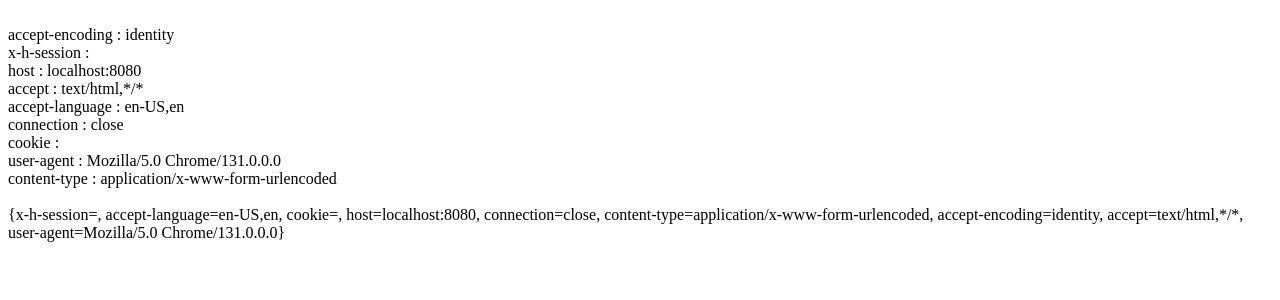
Repository: 1ilsang/17_study_compilation
Page: http://localhost/edu/example21.jsp
An editor plug-in stored every save of this project. The page is shown before and after the next save, followed by the edit.
The browser window is 1280 px wide. The pictures show the whole page.
The page is served by Tomcat 9. Other server files are loaded and not shown.

Above is the page before, as saved 2017-05-26 12:26:15.

### FirstServlet/edu/WebContent/example21.jsp
<%@page import="java.util.Enumeration"%>
<%@ page language="java" contentType="text/html; charset=UTF-8"
    pageEncoding="UTF-8"%>
<!DOCTYPE html PUBLIC "-//W3C//DTD HTML 4.01 Transitional//EN" "http://www.w3.org/TR/html4/loose.dtd">
<html>
<head>
<meta http-equiv="Content-Type" content="text/html; charset=UTF-8">
<title>Insert title here</title>
</head>
<body>
	<%
		Enumeration<String> list = request.getHeaderNames();
		while(list.hasMoreElements()){
			String key = list.nextElement();
			out.print("<br>" + key + " : " + request.getHeader(key));
		}
	%>
	<br><br>
	${header }
</body>
</html>

After the next save:
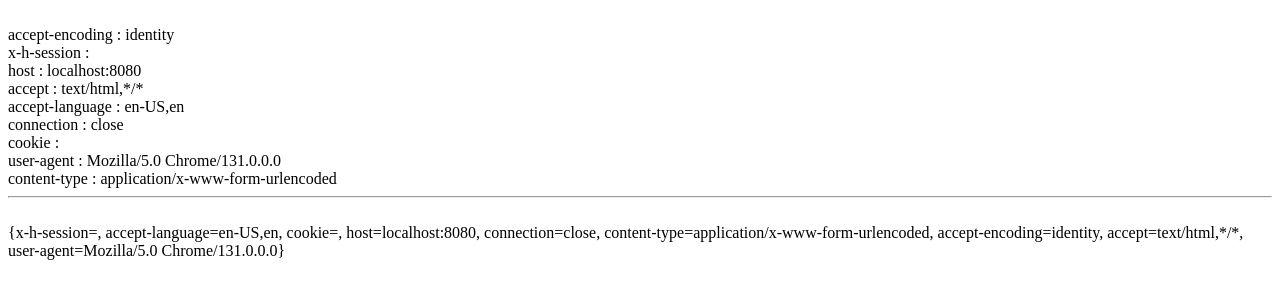
Saved 65 s later.
--- a/FirstServlet/edu/WebContent/example21.jsp
+++ b/FirstServlet/edu/WebContent/example21.jsp
@@ -15,7 +15,7 @@
 			out.print("<br>" + key + " : " + request.getHeader(key));
 		}
 	%>
-	<br><br>
+	<br><hr><br>
 	${header }
 </body>
 </html>
